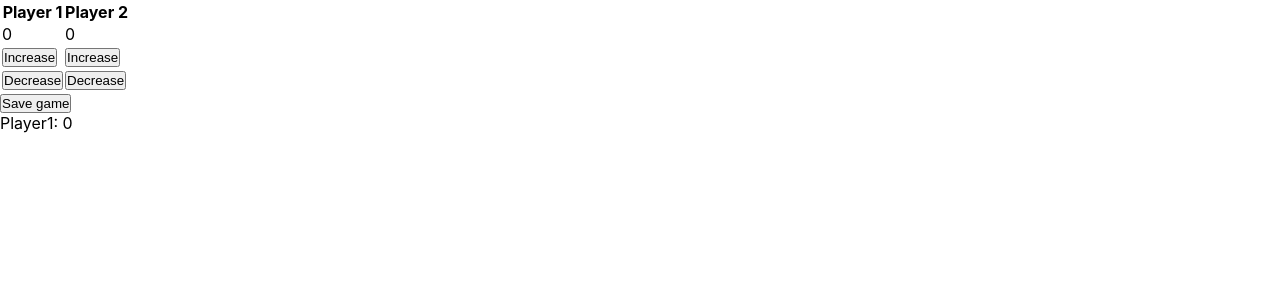
Repository: react-for-web-developers/02-intro-to-react
Page: / (app in exercises/score-counter/), after clicking the first element matching `div > button`
An editor plug-in stored every save of this project. The page is shown before and after a run of saves, followed by the edit.
The browser window is 1280 px wide. The pictures show the whole page.
The project was rebuilt for these pictures with package versions that can differ from the ones it lists, and the page was loaded fresh each time.

Above is the page before, as saved 2021-10-13 22:12:13.

### exercises/score-counter/src/App.js
import "./App.css";
import { useState } from "react";

function App() {
  const [count1, setCount1] = useState(0);
  const [count2, setCount2] = useState(0);
  const [results, setResults] = useState([]);

  const increase1 = () => setCount1(count1 + 1);

  const increase2 = () => setCount2(count2 + 1);

  const decrease1 = () => setCount1(count1 - 1);

  const decrease2 = () => setCount2(count2 - 1);

  const saveGame = () => {
    setResults([
      ...results,
      {
        count1,
        count2,
      },
    ]);
    //setResults(count1)

    setCount1(0);
    setCount2(0);
    console.log(results);
  };

  return (
    <div>
      <table>
        <tbody>
          <tr>
            <th>Player 1</th>
            <th>Player 2</th>
          </tr>
          <tr>
            <td>{count1}</td>
            <td>{count2}</td>
          </tr>
          <tr>
            <td>
              <button onClick={increase1}>Increase</button>
            </td>
            <td>
              <button onClick={increase2}>Increase</button>
            </td>
          </tr>
          <tr>
            <td>
              <button onClick={decrease1}>Decrease</button>
            </td>
            <td>
              <button onClick={decrease2}>Decrease</button>
            </td>
          </tr>
        </tbody>
      </table>
      <button onClick={saveGame}>Save game</button>
      <div>
        {results.map(({count1, count2})=>(
          <div>
            <div>Player1: {count1}</div>

          </div>
        ))}
      </div>
    </div>
  );
}

export default App;

Loaded but not shown: exercises/score-counter/public/index.html (common file); exercises/score-counter/src/index.js (common file); exercises/score-counter/src/index.css (common file); exercises/score-counter/src/reportWebVitals.js (common file); exercises/score-counter/src/App.css (common file)

After the next 3 saves:
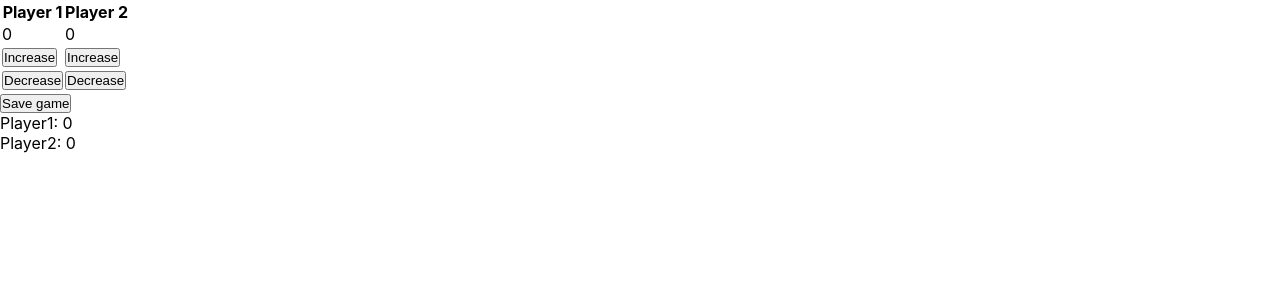
The 3 saves are shown as one change because they came seconds apart.
The last was saved 10 s later.
--- a/exercises/score-counter/src/App.js
+++ b/exercises/score-counter/src/App.js
@@ -64,7 +64,7 @@ function App() {
         {results.map(({count1, count2})=>(
           <div>
             <div>Player1: {count1}</div>
-
+            <div>Player2: {count2}</div>
           </div>
         ))}
       </div>
